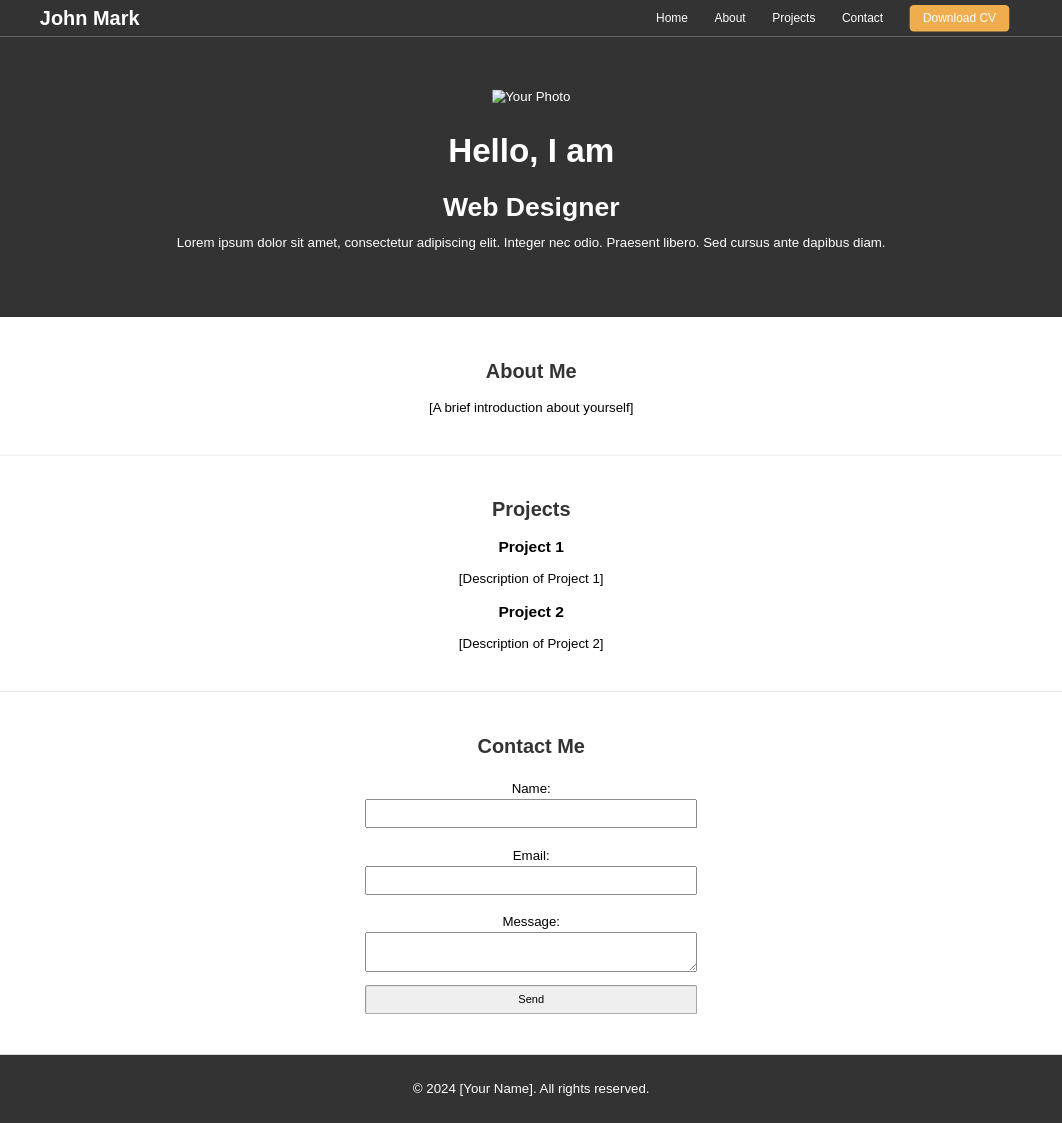
Repository: 4Kbrain/Portofolio
Page: index.html
The author's editor kept a copy of each file at every save. The page is drawn from the files as they stood at one save, then again after the next save.
The browser window is 1280 px wide. The pictures show the whole page, at 83% of full size.

Above is the page before, as saved 2024-05-15 07:57:53.
Not found: your-photo.jpg

After the next save:
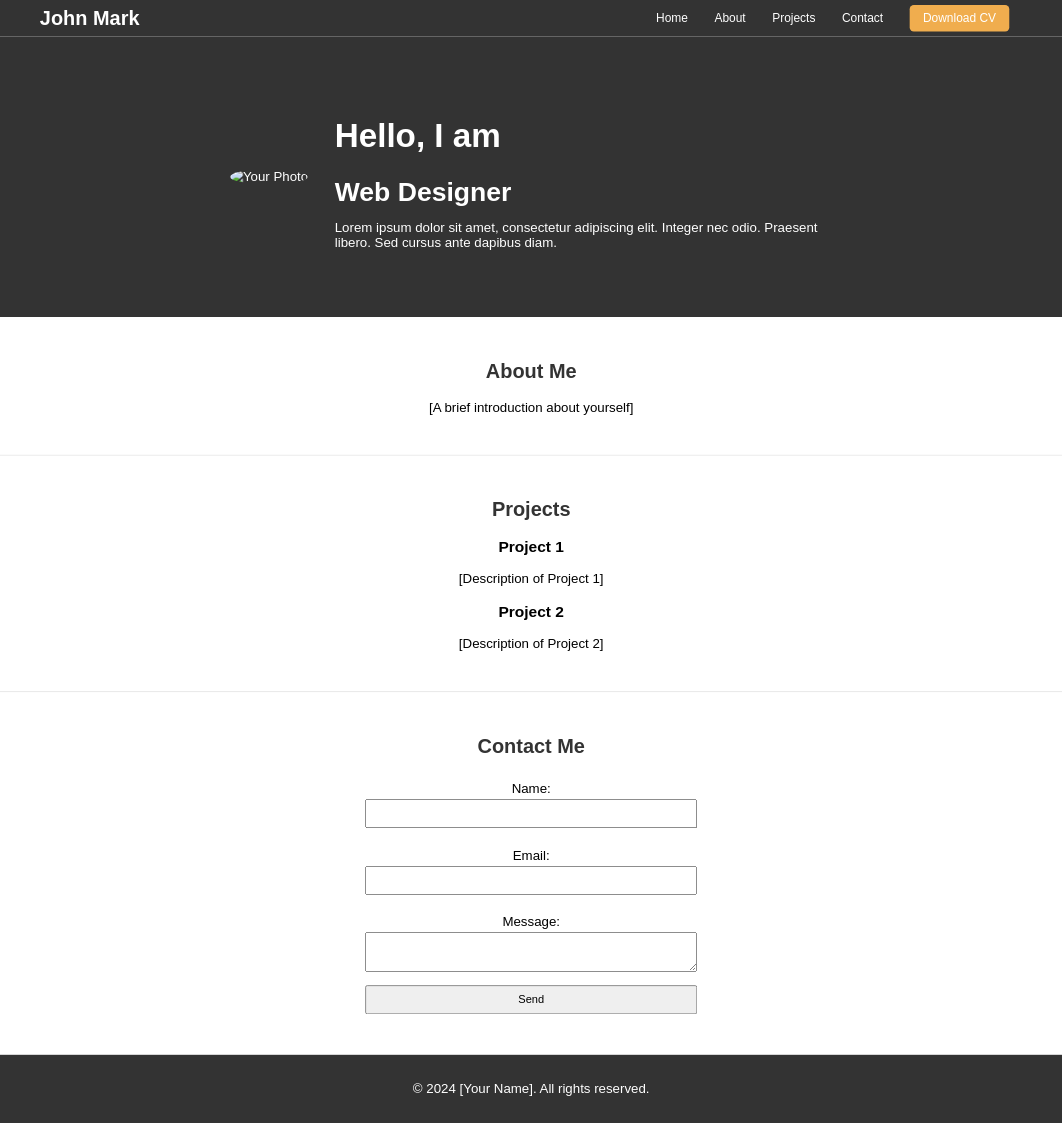
Saved 10 s later.
--- a/styles.css
+++ b/styles.css
@@ -59,6 +59,25 @@ section {
     background: #333; /* Same background color as the navbar */
     color: white; /* Ensure text is readable on dark background */
     padding: 4rem 2rem;
+    display: flex;
+    align-items: center;
+    justify-content: center;
+}
+
+.home-container {
+    display: flex;
+    align-items: center;
+}
+
+.home-photo img {
+    border-radius: 50%;
+    max-width: 150px;
+    margin-right: 2rem;
+}
+
+.home-text {
+    max-width: 600px;
+    text-align: left;
 }
 
 #home h1 {
